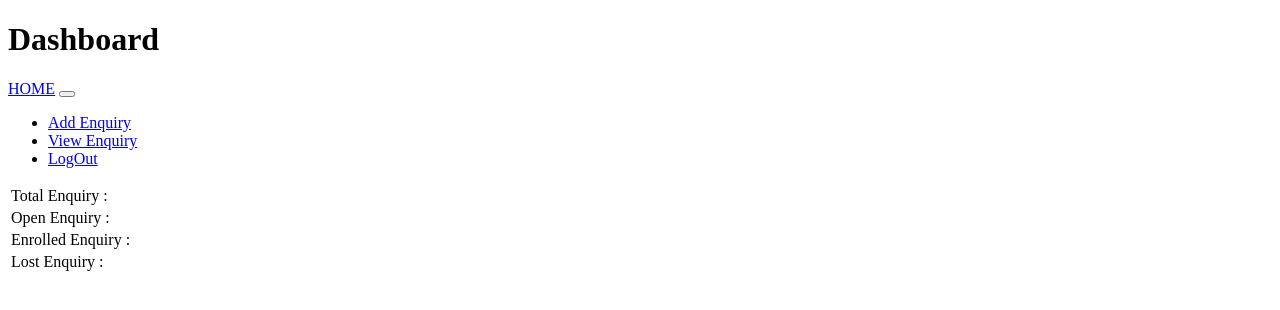
Repository: SitaSangita/Project
Page: http://localhost/dashboard
An editor plug-in stored every save of this project. The page is shown before and after the next save, followed by the edit.
The browser window is 1280 px wide. The pictures show the whole page.
The page is this project's Thymeleaf template; nobody is signed in. The template is opened directly, without the code that normally fills it, so the values that code supplies are empty.

Above is the page before, as saved 2025-01-02 12:48:21.

After the next save:
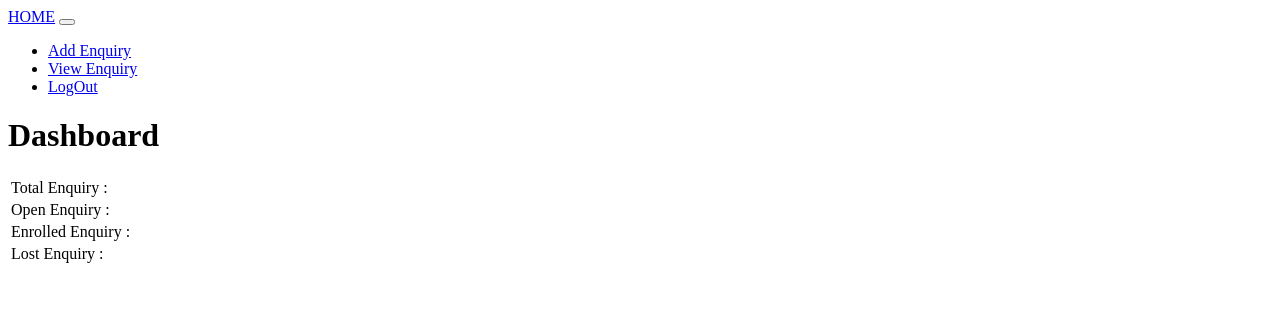
Saved 3 min 34 s later.
--- a/01_CounsellorProtal_MiniProject/src/main/resources/templates/dashboard.html
+++ b/01_CounsellorProtal_MiniProject/src/main/resources/templates/dashboard.html
@@ -9,32 +9,33 @@
 
 <body>
 
+	<nav class="navbar navbar-expand-lg bg-body-tertiary">
+				<div class="container-fluid">
+					<a class="navbar-brand" href="#">HOME</a>
+					<button class="navbar-toggler" type="button" data-bs-toggle="collapse" data-bs-target="#navbarText"
+						aria-controls="navbarText" aria-expanded="false" aria-label="Toggle navigation">
+						<span class="navbar-toggler-icon"></span>
+					</button>
+					<div class="collapse navbar-collapse" id="navbarText">
+						<ul class="navbar-nav me-auto mb-2 mb-lg-0">
+
+							<li class="nav-item">
+								<a class="nav-link" href="#">Add Enquiry</a>
+							</li>
+							<li class="nav-item">
+								<a class="nav-link" href="#">View Enquiry</a>
+							</li>
+							<li class="nav-item">
+								<a class="nav-link" href="#">LogOut</a>
+							</li>
+						</ul>
+
+					</div>
+				</div>
+			</nav>
+
 	<div class="container">
 		<h1>Dashboard</h1>
-		<nav class="navbar navbar-expand-lg bg-body-tertiary">
-			<div class="container-fluid">
-				<a class="navbar-brand" href="#">HOME</a>
-				<button class="navbar-toggler" type="button" data-bs-toggle="collapse" data-bs-target="#navbarText"
-					aria-controls="navbarText" aria-expanded="false" aria-label="Toggle navigation">
-					<span class="navbar-toggler-icon"></span>
-				</button>
-				<div class="collapse navbar-collapse" id="navbarText">
-					<ul class="navbar-nav me-auto mb-2 mb-lg-0">
-
-						<li class="nav-item">
-							<a class="nav-link" href="#">Add Enquiry</a>
-						</li>
-						<li class="nav-item">
-							<a class="nav-link" href="#">View Enquiry</a>
-						</li>
-						<li class="nav-item">
-							<a class="nav-link" href="#">LogOut</a>
-						</li>
-					</ul>
-
-				</div>
-			</div>
-		</nav>
 
 		<table>
 			<tr>
